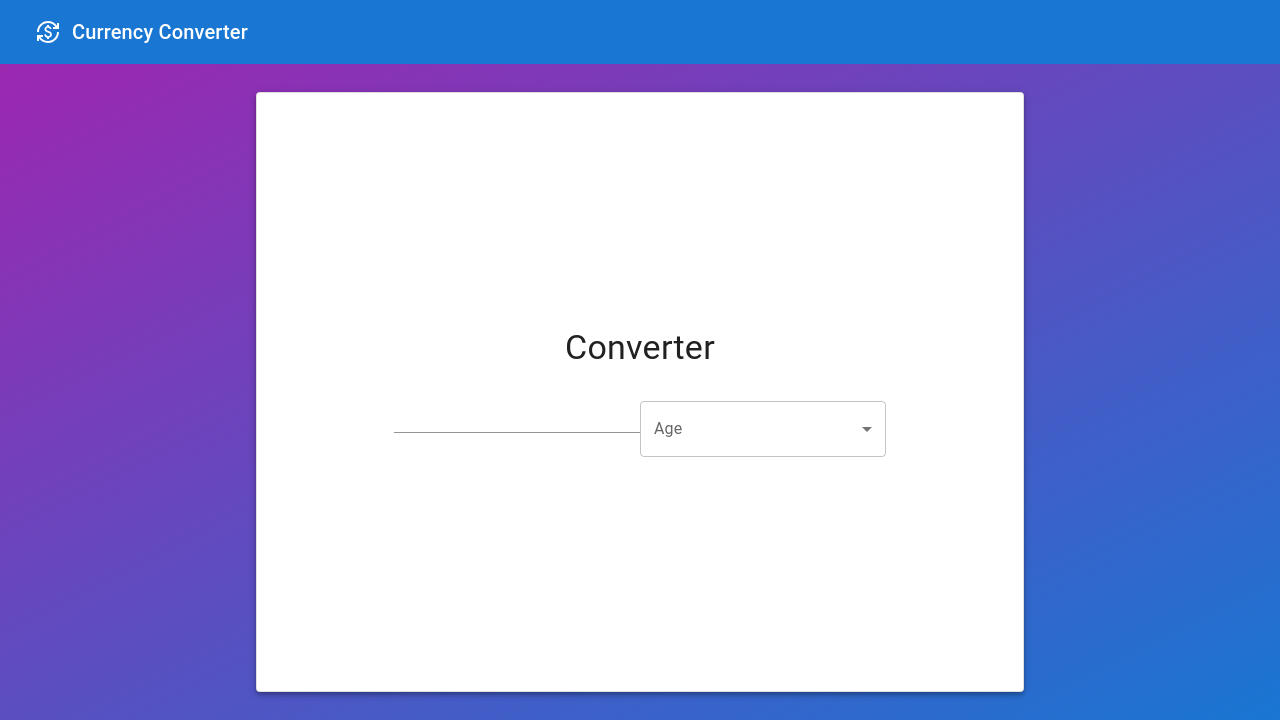
Repository: rutsguifd/currency-converter
Page: /
These files come from the project's save history. The page is drawn as it stood at one moment and after the next save; the edit follows.
The browser window is 1280 px wide. The pictures show the whole page.
The project was rebuilt for these pictures with package versions that can differ from the ones it lists, and the page was loaded fresh each time. Also part of the build but not shown: src/components/ErrorBoundary.jsx.

Above is the page before, as saved 2023-03-27 23:56:35.

After the next save:
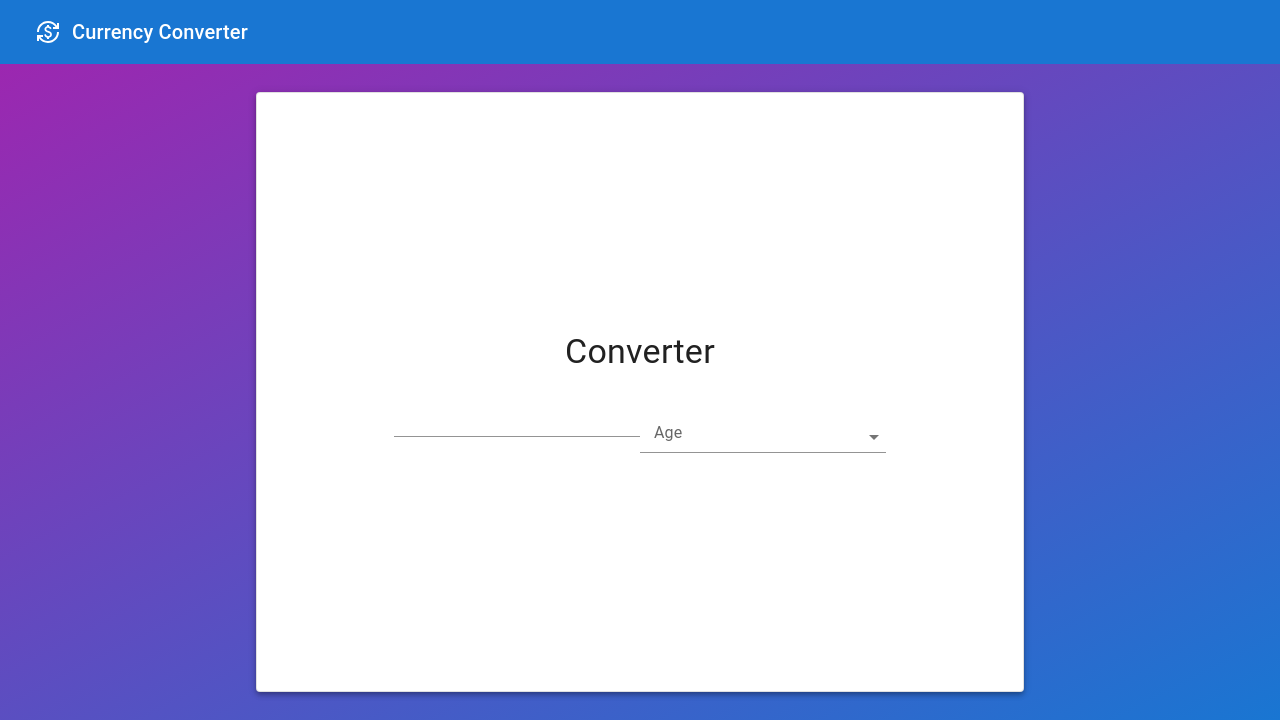
Saved 39 s later.
--- a/src/components/Convert.jsx
+++ b/src/components/Convert.jsx
@@ -34,7 +34,7 @@ const Convert = () => {
         <FormControl fullWidth>
           <InputLabel id="demo-simple-select-label">Age</InputLabel>
           <Select
-            //variant="standart"
+            variant="standard"
             labelId="demo-simple-select-label"
             id="demo-simple-select"
             // value={age}
